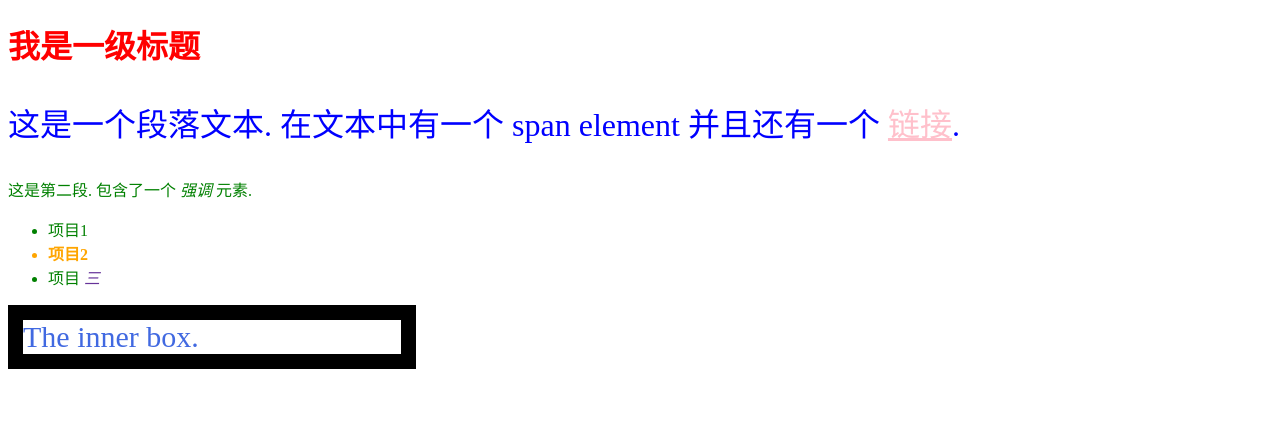
Repository: Valhally/web-projects
Page: sample-site/index.html
The author's editor kept a copy of each file at every save. The page is drawn from the files as they stood at one save, then again after the next save.
The browser window is 1280 px wide. The pictures show the whole page.

Above is the page before, as saved 2021-08-10 21:44:04.

### sample-site/index.html
<!doctype html>
<html lang="zh-CN">
<head>
    <meta charset="utf-8">
    <title>开始学习CSS</title>
    <link rel = "stylesheet" href = "resources/styles.css">
</head>

<body>

    <h1>我是一级标题</h1>

    <p>这是一个段落文本. 在文本中有一个 <span>span element</span>
并且还有一个 <a href="http://example.com">链接</a>.</p>

    <p>这是第二段. 包含了一个 <em>强调</em> 元素.</p>

    <ul>
        <li>项目1</li>
        <li class = "special">项目2</li>
        <li>项目 <em>三</em></li>
    </ul>

    <div class="outer">
        <div class="inner">
            The inner box.
        </div>
    </div>

</body>

</html>

### sample-site/resources/styles.css
h1 {
    color: red;
}

p, li {
    color: green;
}

li {
    list-style-type: disc;
}

li.special {
    color: orange;
    font-weight: bold;
}

li em {
    color: rebeccapurple;
}

h1 + p {
    font-size: 200%;
    color: blue;
}

a:link {
    color: pink;
}
a:visited {
    color: green;
}
a:hover {
    text-decoration: none;
}

.inner {
    font-size: 30px;
    width: 10cm;
    color: royalblue;
    /*background-color: red; */
    border: 4mm solid black ;
}

After the next save:
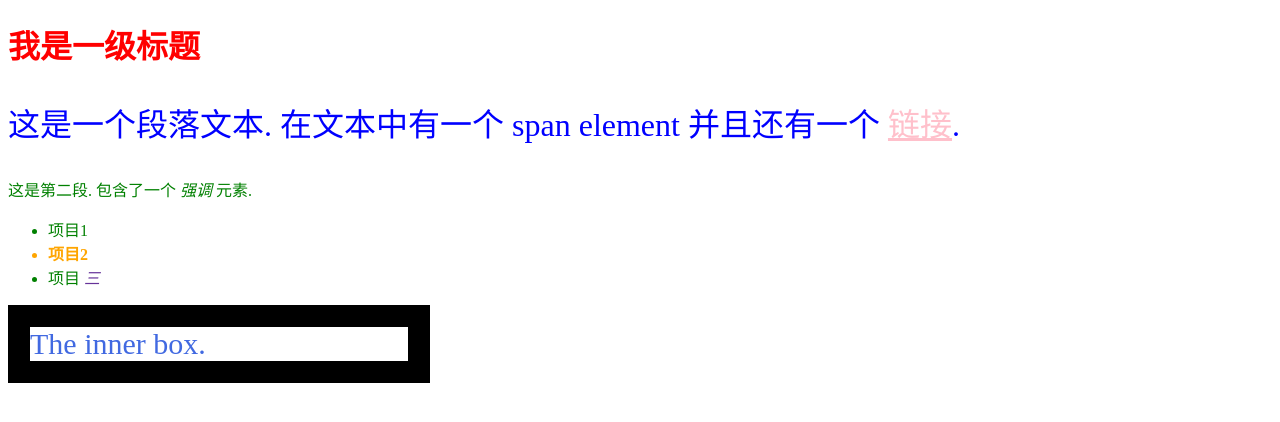
Saved 18 s later.
--- a/sample-site/resources/styles.css
+++ b/sample-site/resources/styles.css
@@ -39,5 +39,5 @@
     width: 10cm;
     color: royalblue;
     /*background-color: red; */
-    border: 4mm solid black ;
+    border: 6mm solid black ;
 }

After the 4 saves that followed:
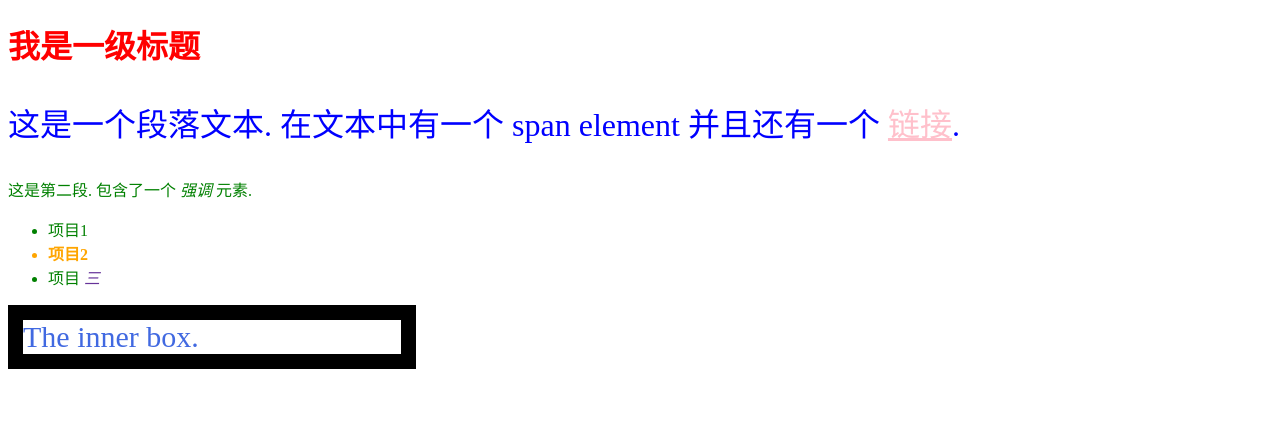
The 4 saves are shown as one change because 2 left the picture as it was and some came seconds apart.
The last was saved 45 s later.
--- a/sample-site/resources/styles.css
+++ b/sample-site/resources/styles.css
@@ -39,5 +39,5 @@
     width: 10cm;
     color: royalblue;
     /*background-color: red; */
-    border: 6mm solid black ;
+    border: 4mm solid black ;
 }
